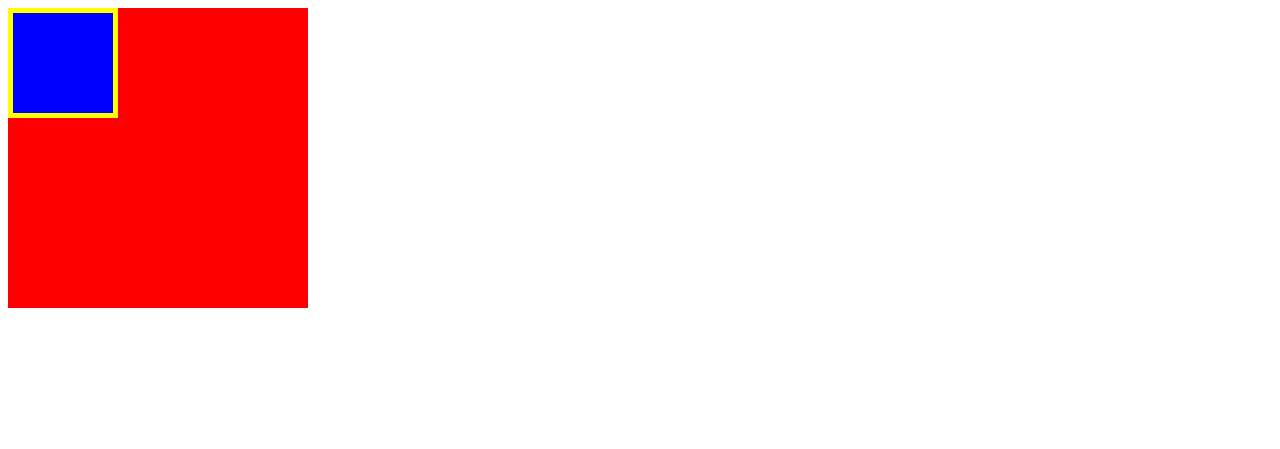
Repository: shiotaryuto/kadai1-10
Page: box/box.html
The author's editor kept a record of every edit. The page is drawn from the files as they stood at one moment, then again after the next edit.
The browser window is 1280 px wide. The pictures show the whole page.

Above is the page before.

### box/box.html
<!DOCTYPE html>
<html lang="ja">
  <head>
    <meta charset="UTF-8" />
    <link rel="stylesheet" href="box.css" />
    <title>BOX</title>
  </head>

  <body>
    <!--box1用のdiv-->
    <div class="box1">
      <div class="box2"></div>
    </div>
  </body>
</html>

### box/box.css
.box1 {
  width: 300px;
  height: 300px;
  background-color: red;
}

.box2 {
  width: 100px;
  height: 100px;
  background-color: blue;
  border:5px solid yellow;
}

After the next edit:
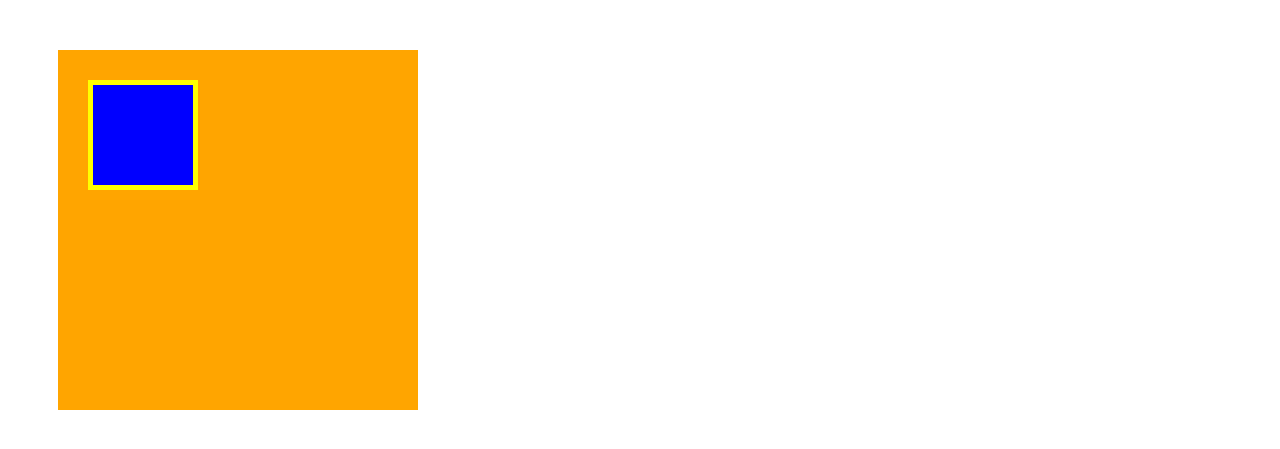
The edit:
--- a/box/box.css
+++ b/box/box.css
@@ -1,7 +1,9 @@
 .box1 {
   width: 300px;
   height: 300px;
-  background-color: red;
+  background-color: orange;
+  margin:50px;
+  padding:30px;
 }
 
 .box2 {
